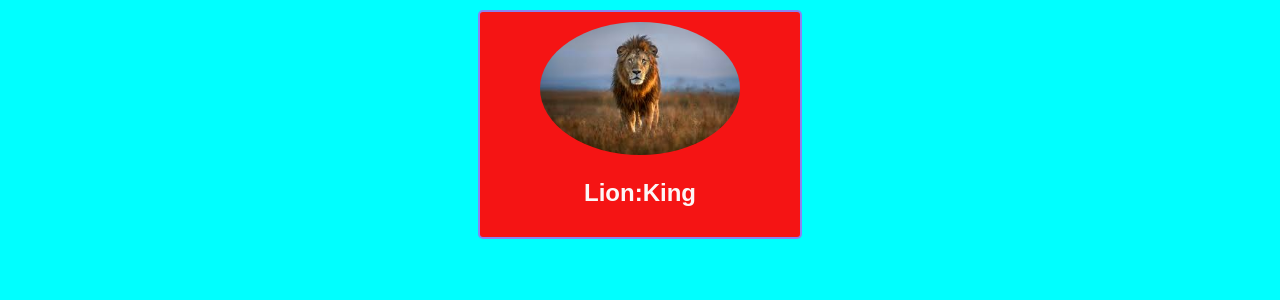
Repository: KingBoyMaylow/Animal-trading-card
Page: index.html
The author's editor kept a copy of each file at every save. The page is drawn from the files as they stood at one save, then again after a run of saves.
The browser window is 1280 px wide. The pictures show the whole page.

Above is the page before, as saved 2024-05-13 21:52:58.

After the next 2 saves:
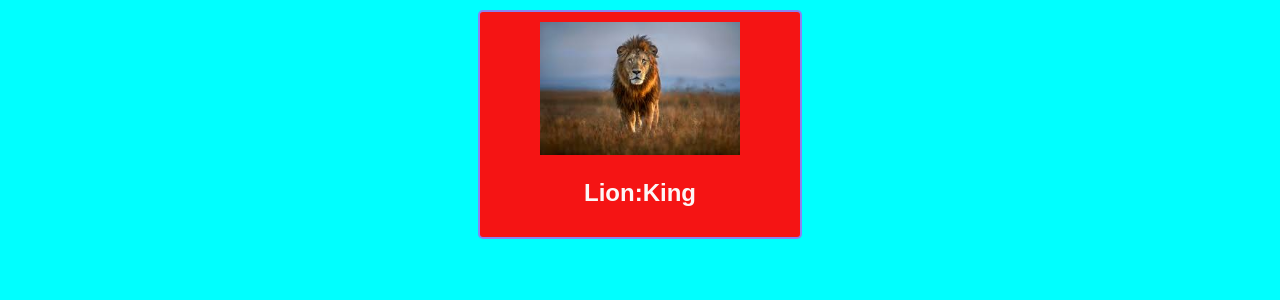
The 2 saves are shown as one change because they came seconds apart.
The last was saved 8 s later.
--- a/index.html
+++ b/index.html
@@ -22,7 +22,7 @@
     }
     .card img {
         width: 200px;
-        border-radius: 100%;
+        border-radius: %;
 
     }
     .card h2 {
